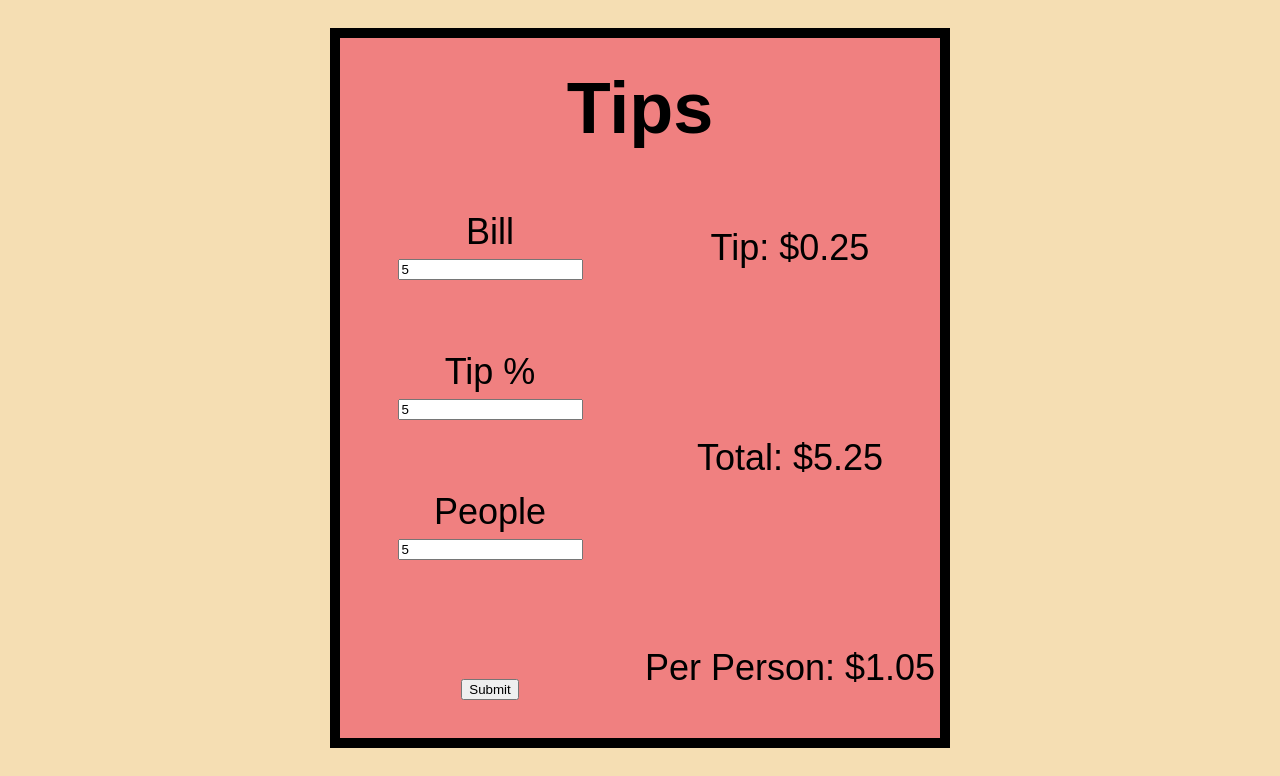
Repository: SamirIngley/Tip-Calculator
Page: tip_display.html
An editor plug-in stored every save of this project. The page is shown before and after the next save, followed by the edit.
The browser window is 1280 px wide. The pictures show the whole page.
Empty fields were first filled with sample values (such as "Sample", 5 or name@example.com).
After loading, the first visible `#form` was submitted once.

Above is the page before, as saved 2020-02-13 15:03:36.

After the next save:
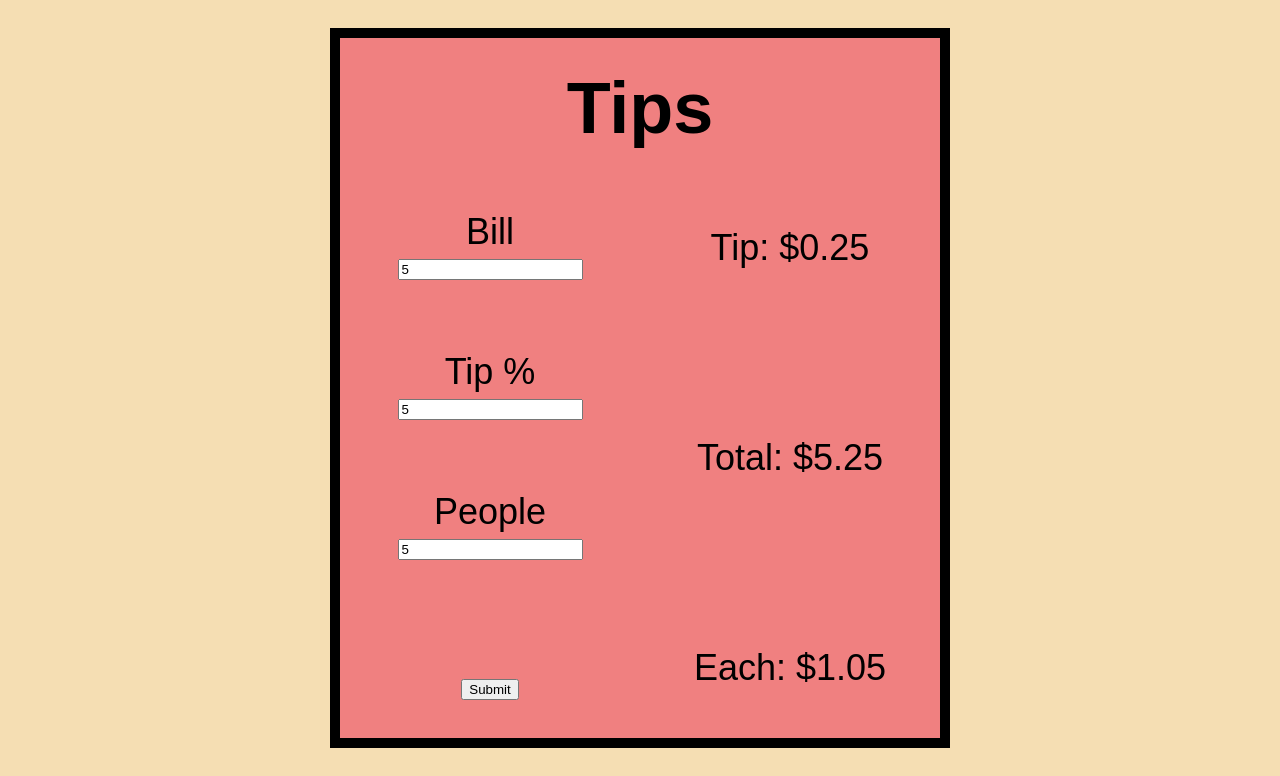
Saved 2 min 42 s later.
--- a/tip_display.html
+++ b/tip_display.html
@@ -76,7 +76,7 @@
 
             displayTotal.innerHTML = `Total: $${total.toFixed(2)}`
             displayTip.innerHTML = `Tip: $${tip.toFixed(2)}`
-            displayTotalPP.innerHTML = `Per Person: $${totalPP.toFixed(2)}`
+            displayTotalPP.innerHTML = `Each: $${totalPP.toFixed(2)}`
         }
 
 
